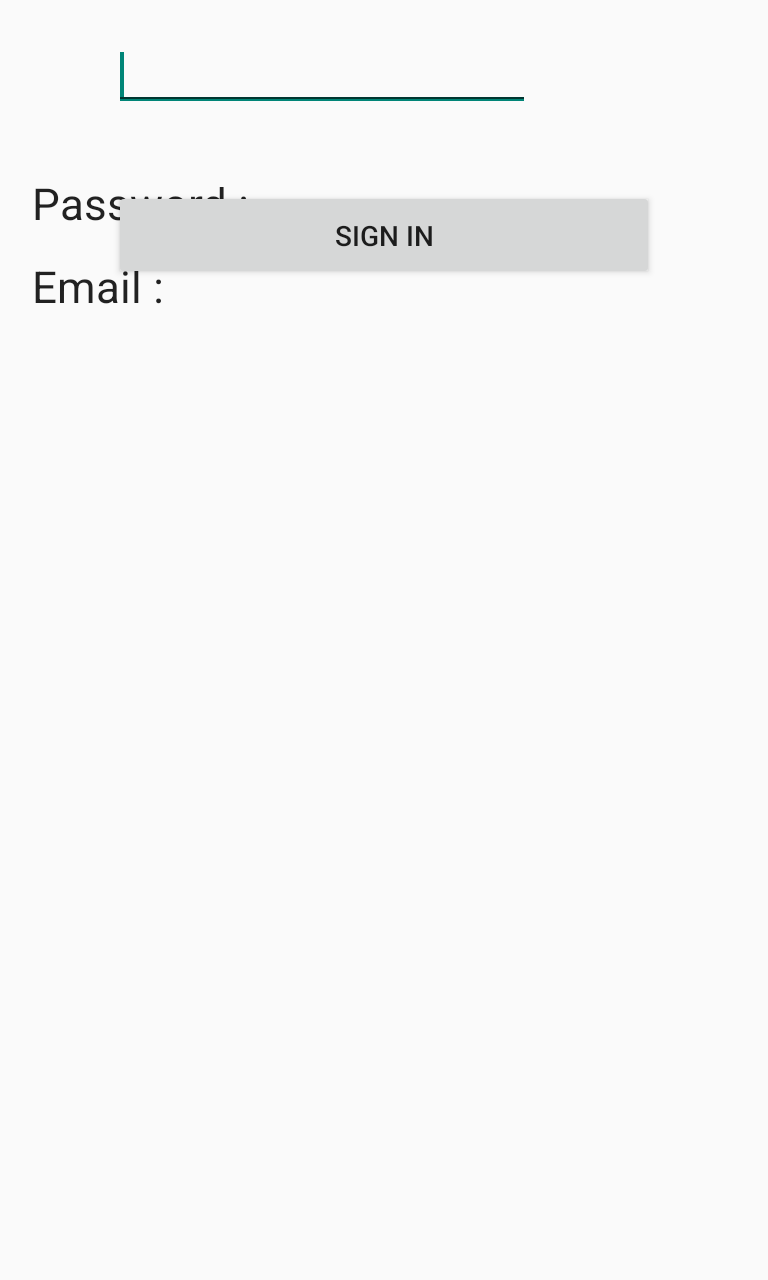
Repository: HAYKEL88/MASTER2_PFE
Layout: PFE_ANDROID/res/layout/activity_sign_in.xml
The author's editor kept a copy of each file at every save. The layout is drawn from the files as they stood at one save, then again after the next save.
It is drawn on a 768 x 1280 px phone screen (xhdpi) without system bars, with theme AppTheme; the app's code is not run.

Above is the layout before, as saved 2014-12-18 22:23:48.

### PFE_ANDROID/res/layout/activity_sign_in.xml
<RelativeLayout xmlns:android="http://schemas.android.com/apk/res/android"
    xmlns:tools="http://schemas.android.com/tools"
    android:layout_width="match_parent"
    android:layout_height="match_parent"
    android:paddingBottom="@dimen/activity_vertical_margin"
    android:paddingLeft="@dimen/activity_horizontal_margin"
    android:paddingRight="@dimen/activity_horizontal_margin"
    android:paddingTop="@dimen/activity_vertical_margin"
    tools:context="edu.polytech.pfe_android.SignIn" >

    <EditText
        android:id="@+id/editText1"
        android:layout_width="wrap_content"
        android:layout_height="wrap_content"
        android:layout_alignTop="@+id/textView1"
        android:layout_marginLeft="40dp"
        android:layout_toRightOf="@+id/textView1"
        android:ems="10"
        android:inputType="textEmailAddress" >

        <requestFocus />
    </EditText>

    <EditText
        android:id="@+id/editText2"
        android:layout_width="wrap_content"
        android:layout_height="wrap_content"
        android:layout_alignLeft="@+id/editText1"
        android:layout_alignTop="@+id/textView2"
        android:ems="10"
        android:inputType="textPassword" />

    <TextView
        android:id="@+id/tvEmail"
        android:layout_width="wrap_content"
        android:layout_height="wrap_content"
        android:layout_alignParentLeft="true"
        android:layout_alignParentTop="true"
        android:layout_marginTop="112dp"
        android:text="Email :"
        android:textAppearance="?android:attr/textAppearanceLarge" />

    <TextView
        android:id="@+id/tvPassword"
        android:layout_width="wrap_content"
        android:layout_height="wrap_content"
        android:layout_alignParentLeft="true"
        android:layout_below="@+id/editText1"
        android:layout_marginTop="29dp"
        android:text="Password :"
        android:textAppearance="?android:attr/textAppearanceLarge" />

    <TextView
        android:id="@+id/tvResponse"
        android:layout_width="wrap_content"
        android:layout_height="wrap_content"
        android:layout_alignParentBottom="true"
        android:layout_alignParentLeft="true"
        android:layout_alignParentRight="true"
        android:layout_marginBottom="33dp"
        android:text=""
        android:textAppearance="?android:attr/textAppearanceLarge" />

    <Button
        android:id="@+id/button1"
        android:layout_width="272dp"
        android:layout_height="wrap_content"
        android:layout_below="@+id/editText2"
        android:layout_centerHorizontal="true"
        android:layout_marginTop="36dp"
        android:text="@string/button_signIn" />

</RelativeLayout>

### PFE_ANDROID/res/values/strings.xml
<?xml version="1.0" encoding="utf-8"?>
<resources>

    <string name="app_name">PFE_Android</string>
    <string name="hello_world">Hello world!</string>
    <string name="action_settings">Settings</string>
    <string name="title_activity_sign_in">SignIn</string>
    <string name="title_activity_sign_up">SignUp</string>
    <string name="title_activity_welcome_user">WelcomeUser</string>
    <string name="title_activity_update_user">UpdateUser</string>
    <string name="title_activity_add_objectif">AddObjectif</string>
    <string name="title_activity_objectifs_list">ObjectifsList</string>
    <string name="title_activity_send_reclamation">SendReclamation</string>
    <string name="title_activity_sicknesses">Sicknesses</string>
    <string name="title_activity_welcome_admin">WelcomeAdmin</string>
    <string name="title_activity_update_admin">UpdateAdmin</string>
    <string name="title_activity_add_user">AddUser</string>
    <string name="title_activity_users_list">UsersList</string>
    <string name="title_activity_reclamations">Reclamations</string>
    <string name="title_activity_rules_list">RulesList</string>
    <string name="title_activity_add_rule">AddRule</string>
    <string name="title_activity_add_wickness">AddWickness</string>
    <string name="title_activity_wicknesses">Wicknesses</string>
    <string name="title_activity_about">About</string>
    <string name="title_activity_contact_us">ContactUs</string>


    <string name="button_signIn">sign In</string>
    <string name="button_signUp">sign Up</string>
    <string name="button_about">About</string>
    <string name="button_contactUs">Contact US</string>
    <string name="button_updateProfile">Update Profile</string>
    <string name="button_addObjectif">Add Objectif</string>
    <string name="button_showObjectifs">Show Objectifs</string>
    <string name="button_sendReclamations">Send Reclamation</string>
    <string name="button_showSicknesses">Show Sicknesses</string>
    <string name="button_update">Update</string>
    <string name="button_add">Add</string>
    <string name="button_send">Send</string>
    <string name="button_save">Save</string>
    <string name="button_addUser">add User</string>
    <string name="button_showUsers">Show Users</string>
    <string name="button_showReclamations">Show Reclamations</string>
    <string name="button_showRules">Show Rules</string>
    <string name="button_addRule">Add Rule</string>
    <string name="button_addWicknesses">Add Wicknesses</string>
    <string name="some_users">  Display and Filter some Users!</string>
    <string name="some_services">  Display and Filter some Services !</string>
    <string name="some_hint">  Type here to filter&#8230;</string>


</resources>

Loaded but not shown: PFE_ANDROID/res/values/styles.xml (common file); PFE_ANDROID/res/values-v11/styles.xml (common file); PFE_ANDROID/res/values-v14/styles.xml (common file); PFE_ANDROID/res/values/dimens.xml (common file); PFE_ANDROID/res/values-w820dp/dimens.xml (common file)

After the next save:
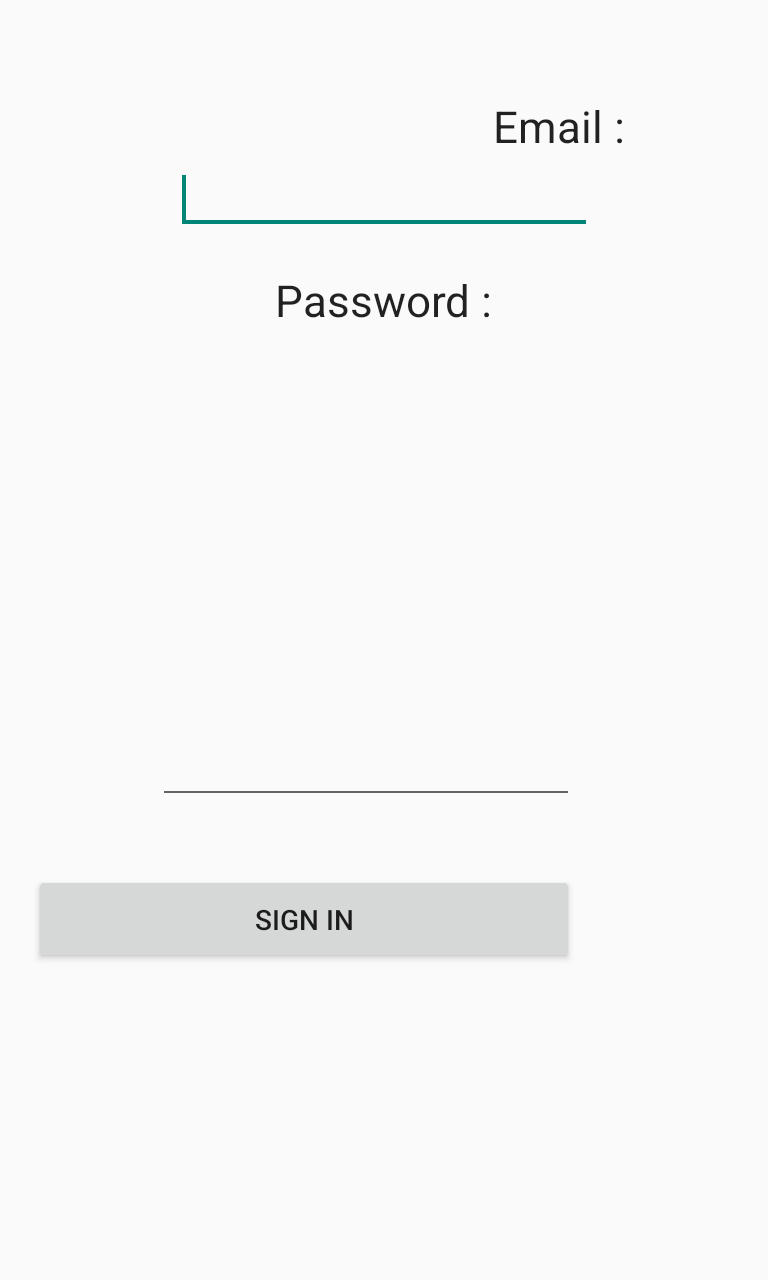
Saved 4 min 14 s later.
--- a/PFE_ANDROID/res/layout/activity_sign_in.xml
+++ b/PFE_ANDROID/res/layout/activity_sign_in.xml
@@ -8,51 +8,9 @@
     android:paddingTop="@dimen/activity_vertical_margin"
     tools:context="edu.polytech.pfe_android.SignIn" >
 
-    <EditText
-        android:id="@+id/editText1"
-        android:layout_width="wrap_content"
-        android:layout_height="wrap_content"
-        android:layout_alignTop="@+id/textView1"
-        android:layout_marginLeft="40dp"
-        android:layout_toRightOf="@+id/textView1"
-        android:ems="10"
-        android:inputType="textEmailAddress" >
-
-        <requestFocus />
-    </EditText>
-
-    <EditText
-        android:id="@+id/editText2"
-        android:layout_width="wrap_content"
-        android:layout_height="wrap_content"
-        android:layout_alignLeft="@+id/editText1"
-        android:layout_alignTop="@+id/textView2"
-        android:ems="10"
-        android:inputType="textPassword" />
-
-    <TextView
-        android:id="@+id/tvEmail"
-        android:layout_width="wrap_content"
-        android:layout_height="wrap_content"
-        android:layout_alignParentLeft="true"
-        android:layout_alignParentTop="true"
-        android:layout_marginTop="112dp"
-        android:text="Email :"
-        android:textAppearance="?android:attr/textAppearanceLarge" />
-
-    <TextView
-        android:id="@+id/tvPassword"
-        android:layout_width="wrap_content"
-        android:layout_height="wrap_content"
-        android:layout_alignParentLeft="true"
-        android:layout_below="@+id/editText1"
-        android:layout_marginTop="29dp"
-        android:text="Password :"
-        android:textAppearance="?android:attr/textAppearanceLarge" />
-
     <TextView
         android:id="@+id/tvResponse"
-        android:layout_width="wrap_content"
+        android:layout_width="272dp"
         android:layout_height="wrap_content"
         android:layout_alignParentBottom="true"
         android:layout_alignParentLeft="true"
@@ -65,9 +23,51 @@
         android:id="@+id/button1"
         android:layout_width="272dp"
         android:layout_height="wrap_content"
-        android:layout_below="@+id/editText2"
-        android:layout_centerHorizontal="true"
-        android:layout_marginTop="36dp"
+        android:layout_above="@+id/tvResponse"
+        android:layout_alignLeft="@+id/tvResponse"
+        android:layout_marginBottom="78dp"
         android:text="@string/button_signIn" />
 
+    <TextView
+        android:id="@+id/tvEmail"
+        android:layout_width="wrap_content"
+        android:layout_height="wrap_content"
+        android:layout_alignParentTop="true"
+        android:layout_marginTop="32dp"
+        android:layout_toRightOf="@+id/tvPassword"
+        android:text="Email :"
+        android:textAppearance="?android:attr/textAppearanceLarge" />
+
+    <EditText
+        android:id="@+id/editText1"
+        android:layout_width="wrap_content"
+        android:layout_height="wrap_content"
+        android:layout_below="@+id/tvEmail"
+        android:layout_centerHorizontal="true"
+        android:ems="10"
+        android:inputType="textEmailAddress" >
+
+        <requestFocus />
+    </EditText>
+
+    <EditText
+        android:id="@+id/editText2"
+        android:layout_width="wrap_content"
+        android:layout_height="wrap_content"
+        android:layout_above="@+id/button1"
+        android:layout_alignRight="@+id/button1"
+        android:layout_marginBottom="31dp"
+        android:ems="10"
+        android:inputType="textPassword" />
+
+    <TextView
+        android:id="@+id/tvPassword"
+        android:layout_width="wrap_content"
+        android:layout_height="wrap_content"
+        android:layout_below="@+id/editText1"
+        android:layout_centerHorizontal="true"
+        android:layout_marginTop="16dp"
+        android:text="Password :"
+        android:textAppearance="?android:attr/textAppearanceLarge" />
+
 </RelativeLayout>
